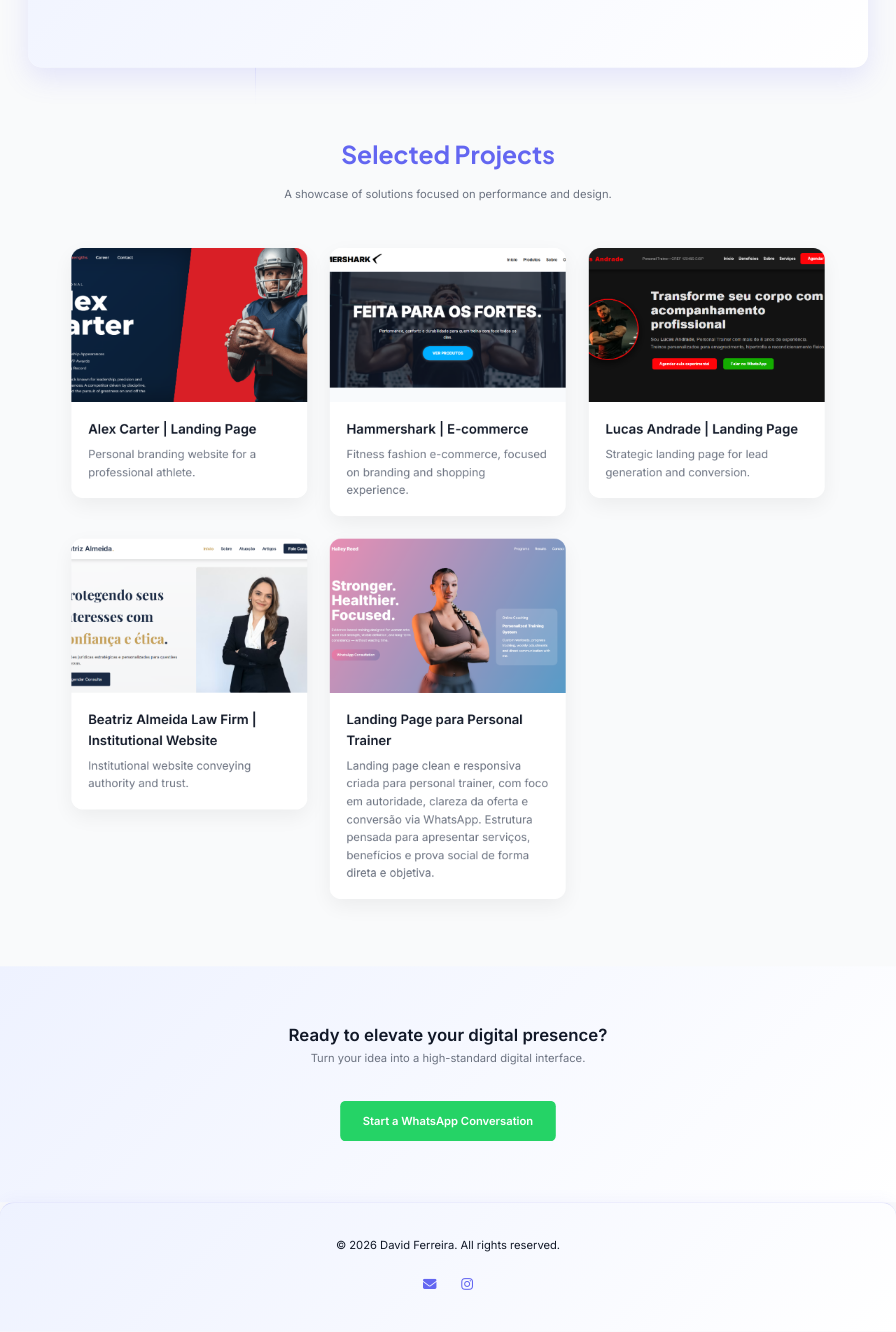
Repository: davidfsillva/portifolio
Page: index.html
These files come from the project's save history. The page is drawn as it stood at one moment and after the next save; the edit follows.
The browser window is 1280 px wide. The pictures show the part of the page from y = 1128 to 3048 px (the page is 3031 px tall before and 3048 px after), at 70% of full size.

Above is the page before, as saved 2026-02-11 18:43:32.
Console error: TypeError: Cannot read properties of null (reading 'addEventListener')

### index.html
<!DOCTYPE html>
<html lang="en">
<head>
    <meta charset="UTF-8">
    <meta name="viewport" content="width=device-width, initial-scale=1.0">

    <title>David Ferreira | Front-end Developer & Premium UI Designer</title>

    <!-- Primary SEO -->
    <meta name="description" content="David Ferreira is a front-end developer specialized in premium interfaces, high-conversion landing pages, and modern digital experiences.">
    <meta name="keywords" content="Front-end Developer, Web Designer, UI Designer, Landing Page, Web Development, Freelancer Brazil">
    <meta name="author" content="David Ferreira">
    <meta name="robots" content="index, follow">
    <link rel="canonical" href="https://yourdomain.com/">

    <!-- Open Graph (Facebook, LinkedIn) -->
    <meta property="og:title" content="David Ferreira | Premium Front-end Developer">
    <meta property="og:description" content="High-standard digital interfaces focused on performance and conversion.">
    <meta property="og:image" content="https://yourdomain.com/preview.jpg">
    <meta property="og:url" content="https://yourdomain.com/">
    <meta property="og:type" content="website">

    <!-- Twitter Card -->
    <meta name="twitter:card" content="summary_large_image">
    <meta name="twitter:title" content="David Ferreira | Web Developer">
    <meta name="twitter:description" content="Premium web development focused on performance and modern design.">
    <meta name="twitter:image" content="https://yourdomain.com/preview.jpg">

    <!-- Favicon -->
    <link rel="icon" href="favicon.ico" type="image/x-icon">

    <!-- Fonts -->
    <link href="https://fonts.googleapis.com/css2?family=Inter:wght@300;400;600&family=Plus+Jakarta+Sans:wght@700;800&display=swap" rel="stylesheet">

    <!-- Font Awesome -->
    <link rel="stylesheet" href="https://cdnjs.cloudflare.com/ajax/libs/font-awesome/6.5.0/css/all.min.css" integrity="sha512-..." crossorigin="anonymous" referrerpolicy="no-referrer" />

    <link rel="stylesheet" href="style.css">
</head>

<body>

    <!-- NAVBAR -->
    <nav class="navbar">
        <div class="logo"><a href="#">David | Web Developer<span>.</span></a></div>

        <ul class="nav-links">
            <li><a href="#about">About</a></li>
            <li><a href="#portfolio">Projects</a></li>
            <li><a href="#contact" class="btn-sm">Contact</a></li>
        </ul>
    </nav>

    <!-- HERO -->
    <section class="hero">
        <div class="hero-content">
            <h1>Creating high-level digital <span> with code experiences</span></h1>
            <p>Front-end developer specialized in high-standard interfaces and landing pages focused on results.</p>
            <div class="hero-btns">
                <a href="#portfolio" class="btn-primary">See Projects</a>
                <a href="#contact" class="btn-secondary">Let's Talk</a>
            </div>
        </div>
        <div class="hero-visual">
            <div class="hero-glow"></div>
        </div>
    </section>

    <!-- ABOUT -->
    <section id="about" class="section">
        <h2>About Me</h2>
        <p>I'm David Ferreira, a Front-end developer focused on creating modern, functional websites with premium interfaces. I work with HTML, CSS, JavaScript, and React, prioritizing performance, design, and user experience.</p>
        <p>My goal is to help businesses and professionals stand out digitally through websites that convey trust and deliver real results.</p>
    </section>

    <!-- PORTFOLIO -->
    <section id="portfolio" class="portfolio">
        <div class="section-header">
            <h2>Selected Projects</h2>
            <p>A showcase of solutions focused on performance and design.</p>
        </div>
        <div class="portfolio-grid">
            <!-- Project 1 -->
            <a href="https://davidfsillva.github.io/Alex-Carter/" target="_blank" class="project-link">
                <div class="project-card">
                    <div class="card-image">
                        <img src="img/alex.png" alt="Alex Carter Project">
                        <div class="card-overlay"><span>View Details</span></div>
                    </div>
                    <div class="card-info">
                        <h3>Alex Carter | Landing Page</h3>
                        <p>Personal branding website for a professional athlete.</p>
                    </div>
                </div>
            </a>

            <!-- Project 2 -->
            <a href="https://davidfsillva.github.io/e-hammershark/" target="_blank" class="project-link">
                <div class="project-card">
                    <div class="card-image">
                        <img src="img/ecomerce.png" alt="Hammershark Project">
                        <div class="card-overlay"><span>View Details</span></div>
                    </div>
                    <div class="card-info">
                        <h3>Hammershark | E-commerce</h3>
                        <p>Fitness fashion e-commerce, focused on branding and shopping experience.</p>
                    </div>
                </div>
            </a>

            <!-- Project 3 -->
            <a href="https://davidfsillva.github.io/landing-page/" target="_blank" class="project-link">
                <div class="project-card">
                    <div class="card-image">
                        <img src="img/landingpage.png" alt="Landing Page Project">
                        <div class="card-overlay"><span>View Details</span></div>
                    </div>
                    <div class="card-info">
                        <h3>Lucas Andrade | Landing Page</h3>
                        <p>Strategic landing page for lead generation and conversion.</p>
                    </div>
                </div>
            </a>

            <!-- Project 4 -->
            <a href="https://davidfsillva.github.io/beatriz-almeida-adv/" target="_blank" class="project-link">
                <div class="project-card">
                    <div class="card-image">
                        <img src="img/adv.png" alt="Beatriz Almeida Law Firm Project">
                        <div class="card-overlay"><span>View Details</span></div>
                    </div>
                    <div class="card-info">
                        <h3>Beatriz Almeida Law Firm | Institutional Website</h3>
                        <p>Institutional website conveying authority and trust.</p>
                    </div>
                </div>
            </a>

                        <!-- Project 5 -->
            <a href="https://davidfsillva.github.io/Hailey-Reed-Coaching/" target="_blank" class="project-link">
                <div class="project-card">
                    <div class="card-image">
                        <img src="img/Hailey.png" alt="Beatriz Almeida Law Firm Project">
                        <div class="card-overlay"><span>View Details</span></div>
                    </div>
                    <div class="card-info">
                        <h3>Landing Page para Personal Trainer</h3>
                        <p>Landing page clean e responsiva criada para personal trainer, com foco em autoridade, clareza da oferta e conversão via WhatsApp. Estrutura pensada para apresentar serviços, benefícios e prova social de forma direta e objetiva.</p>
                    </div>
                </div>
            </a>
        </div>
    </section>

    <!-- CTA / CONTACT -->
    <section id="contact" class="cta-section">
        <h2>Ready to elevate your digital presence?</h2>
        <p>Turn your idea into a high-standard digital interface.</p>
        <a href="https://wa.me/5511990242453" target="_blank" class="btn-whatsapp">Start a WhatsApp Conversation</a>
    </section>

    <!-- FOOTER -->
    <footer>
        <div class="footer-content">
            <p>&copy; 2026 David Ferreira. All rights reserved.</p>
            <div class="social-links">
                <a href="mailto:davidfsillva@icloud.com" target="_blank" rel="noopener noreferrer"><i class="fa-solid fa-envelope"></i></a>
                <a href="https://www.instagram.com/david_websites?igsh=MWdmZWJ3MW80N3JsNQ==" target="_blank" rel="noopener noreferrer"><i class="fa-brands fa-instagram"></i></a>
            </div>
        </div>
    </footer>

    <script src="scripts.js"></script>
</body>
</html>

### style.css
:root {
  --primary: #6366f1;
  --primary-light: #818cf8;
  --accent: #a855f7;
  --text-dark: #111827;
  --text-light: #6b7280;
  --bg-light: #f9fafb;
  --white: #ffffff;
  --transition: all 0.3s ease;
}

/* RESET */
* {
  margin: 0;
  padding: 0;
  box-sizing: border-box;
}

html {
  scroll-behavior: smooth;   /* já tinha */
  scroll-padding-top: 70px; /* ajuste esse valor para altura da navbar */
}


body {
  font-family: 'Inter', sans-serif;
  background: var(--bg-light);
  color: var(--text-dark);
  line-height: 1.6;
  animation: fadePage 0.8s ease-in-out;
}

@keyframes fadePage {
  from { opacity: 0; transform: translateY(10px); }
  to { opacity: 1; transform: translateY(0); }
}

/* NAVBAR */
.navbar {
  position: fixed;
  width: 100%;
  top: 0;
  padding: 1.5rem 8%;
  display: flex;
  justify-content: space-between;
  align-items: center;
  background: rgba(255,255,255,0.85);
  backdrop-filter: blur(12px);
  box-shadow: 0 4px 20px rgba(0,0,0,0.05);
  z-index: 1000;
  transition: var(--transition);
}

.logo {
  font-family: 'Plus Jakarta Sans', sans-serif;
  font-weight: 800;
  font-size: 1.5rem;
}

.logo a {
  text-decoration: none;   /* remove o sublinhado */
  color: var(--text-dark); /* cor principal da logo */
  font-weight: 800;
  font-size: 1.5rem;
}

.logo a span {
  color: var(--primary);   /* deixa apenas o ponto colorido */
}


.logo span {
  color: var(--primary);
}

.nav-links {
  display: flex;
  list-style: none;
  gap: 2rem;
}

.nav-links a {
  text-decoration: none;
  color: var(--text-light);
  font-weight: 500;
  transition: var(--transition);
}

.nav-links a:hover {
  color: var(--primary);
  transform: translateY(-2px);
}

/* HERO */
.hero {
  min-height: 100vh;
  padding: 120px 8% 80px; /* aumentei de 60px para 80px */
  display: flex;
  align-items: center;
  justify-content: space-between;
  background: linear-gradient(135deg, #eef2ff, #ffffff);
  flex-wrap: wrap;
}

.hero-content {
  max-width: 600px;
  animation: heroFade 1s ease 0.2s both;
}

@keyframes heroFade {
  from { opacity: 0; transform: translateY(40px); }
  to { opacity: 1; transform: translateY(0); }
}

.badge {
  display: inline-block;
  padding: 0.5rem 1rem;
  background: rgba(99,102,241,0.1);
  color: var(--primary);
  border-radius: 20px;
  font-size: 0.8rem;
  font-weight: 600;
  margin-bottom: 1.5rem;
}

.hero h1 {
  font-family: 'Plus Jakarta Sans', sans-serif;
  font-size: clamp(2rem, 5vw, 3.5rem);
  line-height: 1.2;
  margin-bottom: 1.5rem;
}

.hero h1 span {
  background: linear-gradient(90deg, var(--primary), var(--accent));
  -webkit-background-clip: text;
  -webkit-text-fill-color: transparent;
}

.hero p {
  font-size: 1.1rem;
  color: var(--text-light);
  margin-bottom: 2rem;
}

/* BUTTONS */
.btn-primary,
.btn-secondary,
.btn-whatsapp {
  display: inline-block;
  padding: 0.9rem 2rem;
  border-radius: 8px;
  text-decoration: none;
  font-weight: 600;
  transition: all 0.3s ease;
  position: relative;
  overflow: hidden;
}

.btn-primary {
  background: linear-gradient(90deg, var(--primary), var(--accent));
  color: white;
  box-shadow: 0 10px 25px rgba(99,102,241,0.3);
}

.btn-primary:hover {
  transform: translateY(-4px) scale(1.03);
}

.btn-primary:active {
  transform: scale(0.96);
}

.btn-primary::after {
  content: "";
  position: absolute;
  width: 200%;
  height: 200%;
  background: radial-gradient(circle, rgba(255,255,255,0.4), transparent 60%);
  top: -50%;
  left: -50%;
  opacity: 0;
  transition: opacity 0.4s ease;
}

.btn-primary:hover::after {
  opacity: 1;
}

.btn-secondary {
  border: 1px solid #e5e7eb;
  color: var(--text-dark);
  margin-left: 1rem;
  box-shadow: 0 5px 25px rgba(99,102,241,0.3);

}

.btn-secondary:hover {
  background: #f3f4f6;
  transform: translateY(-4px);
}

.btn-secondary:active {
  transform: scale(0.96);
}

.btn-whatsapp {
  background: linear-gradient(90deg, #25d366, #1ebe57);
  color: white;
  padding: 1rem 2rem;
  border-radius: 8px;
  font-weight: 600;
  transition: var(--transition);
}

.btn-whatsapp:hover {
  transform: translateY(-3px) scale(1.03);
  box-shadow: 0 8px 20px rgba(37,211,102,0.4);
}

.btn-whatsapp:active {
  transform: scale(0.96);
}

.hero-btns {
  display: flex;
  flex-wrap: wrap;
}

#about {
  text-align: center;
  max-width: 1200px;
  margin: 4rem auto 0; /* adiciona mais distância do Hero */
  padding: 6rem 8%;
  background: linear-gradient(135deg, #eef2ff 0%, #ffffff 100%);
  border-radius: 20px;
  box-shadow: 0 15px 40px rgba(99,102,241,0.15);
  position: relative;
  overflow: hidden;
}

#about::before {
  content: "";
  position: absolute;
  width: 200px;
  height: 200px;
  background: radial-gradient(circle, rgba(163,155,253,0.2), transparent 70%);
  top: -50px;
  right: -50px;
  border-radius: 50%;
  z-index: 0;
  animation: pulseGlow 6s infinite ease-in-out;
}

#about h2 {
  font-family: 'Plus Jakarta Sans', sans-serif;
  font-size: clamp(2rem, 4vw, 2.5rem);
  margin-bottom: 2rem;
  position: relative;
  z-index: 1;
  background: linear-gradient(90deg, var(--primary), var(--accent));
  -webkit-background-clip: text;
  -webkit-text-fill-color: transparent;
}

#about p {
  font-size: 1.05rem;
  line-height: 1.9;
  color: var(--text-dark);
  margin-bottom: 1.8rem;
  position: relative;
  z-index: 1;
  opacity: 0;
  transform: translateY(20px);
  animation: fadeUp 1s forwards;
  animation-delay: 0.3s;
}

/* Animação suave */
@keyframes fadeUp {
  to {
    opacity: 1;
    transform: translateY(0);
  }
}



/* HERO VISUAL */
.hero-visual {
  flex: 1;
  min-height: 400px;
  display: flex;
  justify-content: center;
  align-items: center;
}

.hero-glow {
  width: 380px;
  height: 380px;
  background: url('img/dashboard.png') no-repeat center center;
  background-size: contain;
  animation: float-rotate 8s ease-in-out infinite;
}

@keyframes float-rotate {
  0%   { transform: translateY(0px) rotate(0deg); }
  50%  { transform: translateY(-10px) rotate(3deg); }
  100% { transform: translateY(0px) rotate(0deg); }
}

/* PORTFOLIO */
.portfolio {
  padding: 6rem 8%;
}

.section-header {
  text-align: center;
  margin-bottom: 4rem;
}

.section-header h2 {
  font-family: 'Plus Jakarta Sans', sans-serif;
  font-size: 2.2rem;
  margin-bottom: 1rem;
  color: var(--primary)
}

.section-header p {
  color: var(--text-light);
}

.portfolio-grid {
  display: grid;
  grid-template-columns: repeat(auto-fit, minmax(280px, 1fr));
  gap: 2rem;
}

.project-card {
  background: var(--white);
  border-radius: 16px;
  overflow: hidden;
  box-shadow: 0 10px 30px rgba(0,0,0,0.06);
  cursor: pointer;
  transition: transform 0.4s ease, box-shadow 0.4s ease;
  will-change: transform;
}

.project-card:hover {
  transform: translateY(-12px) scale(1.03);
  box-shadow: 0 25px 50px rgba(99,102,241,0.2);
}

.card-image {
  position: relative;
  overflow: hidden;
}

.card-image img {
  width: 100%;
  height: 220px;
  object-fit: cover;
  display: block;
  transition: transform 0.6s ease;
}

.project-card:hover .card-image img {
  transform: scale(1.08);
}

.card-overlay {
  position: absolute;
  inset: 0;
  background: rgba(99,102,241,0.8);
  display: flex;
  justify-content: center;
  align-items: center;
  color: white;
  font-weight: 600;
  opacity: 0;
  transition: opacity 0.4s ease;
}

.project-card:hover .card-overlay {
  opacity: 1;
}

.card-info {
  padding: 1.5rem;
}

.card-info h3 {
  margin-bottom: 0.5rem;
}

.card-info p {
  color: var(--text-light);
}

.project-link {
  text-decoration: none;
  color: inherit;
  display: block;
}


/* CTA */
.cta-section {
  padding: 5rem 8%;
  text-align: center;
  background: linear-gradient(135deg, #eef2ff, #ffffff);
}

/* FOOTER */
footer {
  padding: 3rem 5%;
  background: linear-gradient(135deg, #eef2ff, #ffffff); /* leve gradiente */
  border-top: 1px solid rgba(99,102,241,0.2); /* linha discreta */
  text-align: center;
  border-radius: 20px 20px 0 0;
  box-shadow: 0 -4px 20px rgba(99,102,241,0.05);
}

.footer-content {
  display: flex;
  flex-direction: column;
  align-items: center;
  gap: 1.5rem; /* aumenta espaço entre elementos */
}

.footer-content p {
  color: var(--text-dark);
  font-weight: 450;
  font-size: 1rem;
}

.social-links {
  display: flex;
  gap: 1rem; /* distância entre ícones */
}

.social-links a {
  color: var(--primary);
  padding: 0.6rem;
  border-radius: 30%; /* círculo perfeito */
  font-size: 1.2rem;
  display: flex;
  justify-content: center;
  align-items: center;
  transition: all 0.3s ease;
  text-decoration: none;
}

.social-links a:hover {
  transform: translateY(-3px) scale(1.1);
  color: var(--primary);
}


.cta-section p {
  color: var(--text-light);
  margin-bottom: 2.5rem; /* aumenta espaço abaixo do texto */
}

.btn-whatsapp {
  display: inline-block;
  background: #25d366;
  color: white;
  padding: 1rem 2rem;
  border-radius: 8px;
  text-decoration: none;
  font-weight: 600;
  transition: var(--transition);
  margin-top: 0.5rem; /* pequeno respiro extra */
}


/* MODAL */
.modal-overlay {
  position: fixed;
  inset: 0;
  background: rgba(0,0,0,0.6);
  display: none;
  justify-content: center;
  align-items: center;
  padding: 2rem;
  z-index: 2000;
}

.modal-content {
  background: white;
  width: 100%;
  max-width: 900px;
  border-radius: 20px;
  overflow: hidden;
  animation: modalZoom 0.4s cubic-bezier(.23,1,.32,1);
  position: relative;
}

@keyframes modalZoom {
  from { opacity: 0; transform: scale(0.85) translateY(20px); }
  to { opacity: 1; transform: scale(1) translateY(0); }
}

.modal-body {
  display: grid;
  grid-template-columns: 1fr 1fr;
}

.modal-img {
  min-height: 300px;
  background-size: cover !important;
}

.modal-text {
  padding: 2rem;
}

.close-modal {
  position: absolute;
  top: 20px;
  right: 25px;
  background: none;
  border: none;
  font-size: 2rem;
  cursor: pointer;
  transition: transform 0.3s ease;
}

.close-modal:hover {
  transform: rotate(90deg);
}

/* RESPONSIVO */
/* =====================
   RESPONSIVIDADE
===================== */

/* Para telas até 900px */
@media (max-width: 900px) {
  html, body {
    overflow-x: hidden; /* remove rolagem lateral */
  }

  .hero {
    flex-direction: column;
    text-align: center;
    padding: 100px 5% 60px; /* garante espaçamento interno */
    width: 100%; /* força largura total */
  }

  .hero-left,
  .hero-right,
  .hero-visual {
    width: 100%;
    max-width: 100%;
    margin: 0 auto; /* centraliza horizontalmente */
  }

  .hero-btns {
    display: flex;
    justify-content: center;
    align-items: center;
    gap: 1rem;
    flex-wrap: wrap;
    margin: 0 auto;
  }

  .hero-btns a {
    margin: 0; /* remove margens extras que possam deslocar os botões */
  }

  .portfolio,
  .cta-section {
    padding: 4rem 5%;
    width: 100%;
    max-width: 100%;
    margin: 0 auto;
  }
}

/* Para telas até 600px */
@media (max-width: 600px) {
  html, body {
    overflow-x: hidden; /* garante sem scroll lateral */
  }

  .navbar {
    padding: 1rem 5%;
    width: 100%;
    max-width: 100%;
    margin: 0 auto;
  }

  .nav-links {
    display: none;
  }

  .hero {
    padding: 80px 5% 40px;
    width: 100%;
  }

  .hero-btns {
    justify-content: center;
    gap: 1rem;
    flex-wrap: wrap;
  }

  .portfolio,
  .cta-section {
    padding: 3rem 5%;
  }

  footer {
    padding: 2rem 5%;
    width: 100%;
  }

  .footer-content {
    flex-direction: column;
    text-align: center;
    width: 100%;
  }

  .social-links a {
    margin: 0 0.5rem;
  }

  /* imagens e vídeos dentro do hero */
  .hero img,
  .hero video {
    max-width: 100%;
    height: auto;
    display: block;
    margin: 0 auto;
  }
}

### scripts.js
// =============================
// NAVBAR SCROLL EFFECT
// =============================
const navbar = document.querySelector(".navbar");

window.addEventListener("scroll", () => {
  if (window.scrollY > 50) {
    navbar.style.padding = "1rem 8%";
    navbar.style.boxShadow = "0 8px 25px rgba(0,0,0,0.08)";
  } else {
    navbar.style.padding = "1.5rem 8%";
    navbar.style.boxShadow = "0 4px 20px rgba(0,0,0,0.05)";
  }
});

// =============================
// MODAL FUNCTIONALITY
// =============================
const modal = document.querySelector(".modal-overlay");
const modalImg = document.querySelector(".modal-img");
const modalTitle = document.querySelector(".modal-text h3");
const modalDesc = document.querySelector(".modal-text p");
const closeModal = document.querySelector(".close-modal");

const projectCards = document.querySelectorAll(".project-card");

projectCards.forEach(card => {
  card.addEventListener("click", () => {
    const title = card.querySelector("h3").innerText;
    const desc = card.querySelector("p").innerText;
    const img = card.querySelector("img").src;

    modalTitle.innerText = title;
    modalDesc.innerText = desc;
    modalImg.style.backgroundImage = `url(${img})`;

    modal.style.display = "flex";
    document.body.style.overflow = "hidden";
  });
});

// Fechar modal
closeModal.addEventListener("click", () => {
  modal.style.display = "none";
  document.body.style.overflow = "auto";
});

// Fechar clicando fora
modal.addEventListener("click", (e) => {
  if (e.target === modal) {
    modal.style.display = "none";
    document.body.style.overflow = "auto";
  }
});

// Fechar com ESC
document.addEventListener("keydown", (e) => {
  if (e.key === "Escape") {
    modal.style.display = "none";
    document.body.style.overflow = "auto";
  }
});

// =============================
// SCROLL REVEAL ANIMATION
// =============================
const revealElements = document.querySelectorAll(
  ".hero-content, .project-card, .section-header, .cta-section"
);

const observer = new IntersectionObserver(
  (entries) => {
    entries.forEach(entry => {
      if (entry.isIntersecting) {
        entry.target.style.opacity = "1";
        entry.target.style.transform = "translateY(0)";
      }
    });
  },
  { threshold: 0.2 }
);

revealElements.forEach(el => {
  el.style.opacity = "0";
  el.style.transform = "translateY(40px)";
  el.style.transition = "all 0.8s ease";
  observer.observe(el);
});

// =============================
// BUTTON MICRO INTERACTION
// =============================
const buttons = document.querySelectorAll(".btn-primary, .btn-secondary, .btn-whatsapp");

buttons.forEach(btn => {
  btn.addEventListener("mouseenter", () => {
    btn.style.transform = "scale(1.05)";
  });

  btn.addEventListener("mouseleave", () => {
    btn.style.transform = "scale(1)";
  });
});

After the next save:
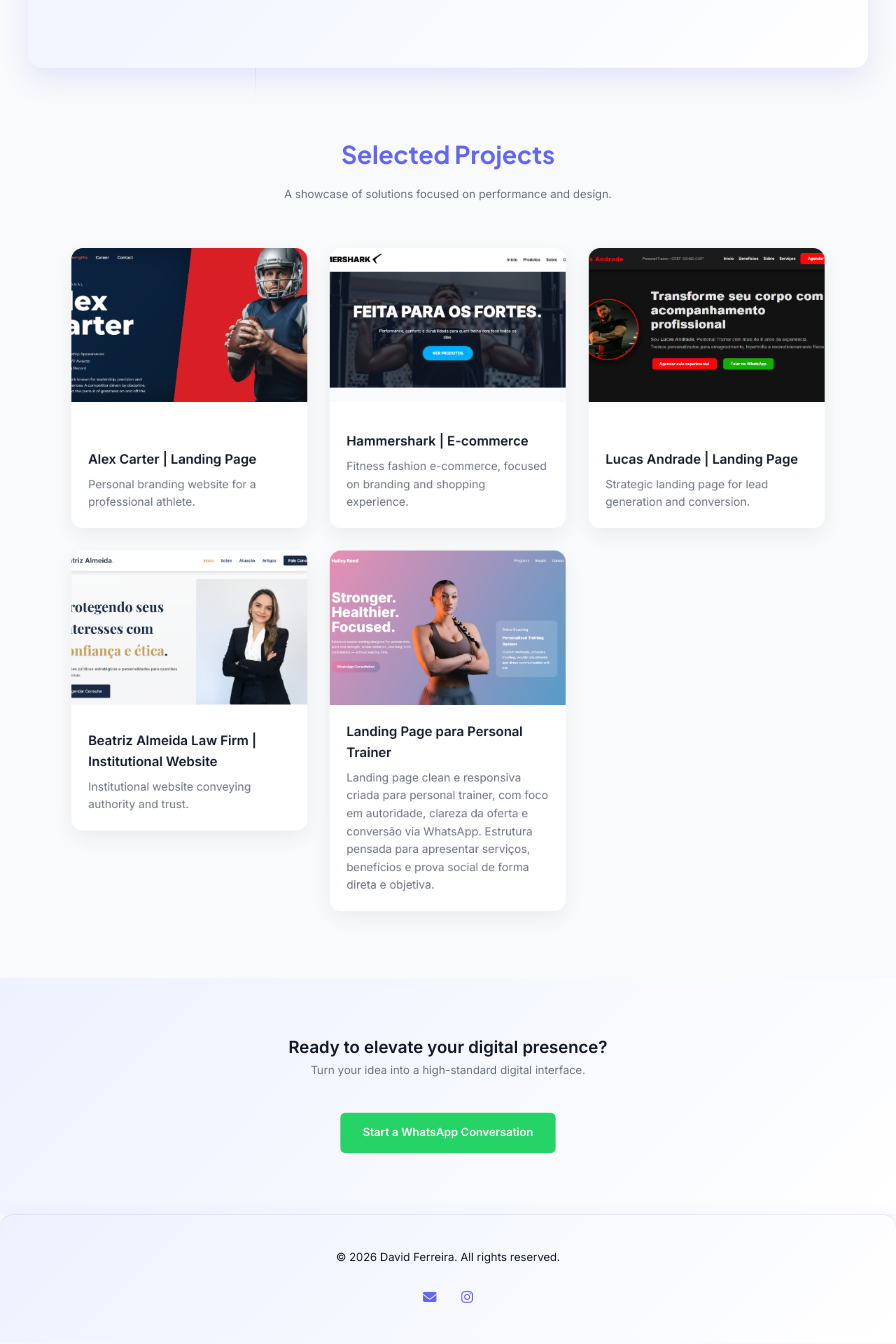
Saved 42 h 35 min later.
--- a/style.css
+++ b/style.css
@@ -336,6 +336,9 @@ body {
 }
 
 .project-card {
+  display: flex;
+  flex-direction: column;
+  justify-content: space-between; /* força a separação entre imagem e texto */
   background: var(--white);
   border-radius: 16px;
   overflow: hidden;
@@ -343,7 +346,10 @@ body {
   cursor: pointer;
   transition: transform 0.4s ease, box-shadow 0.4s ease;
   will-change: transform;
-}
+
+  min-height: 400px; /* define altura mínima igual para todos */
+}
+
 
 .project-card:hover {
   transform: translateY(-12px) scale(1.03);
